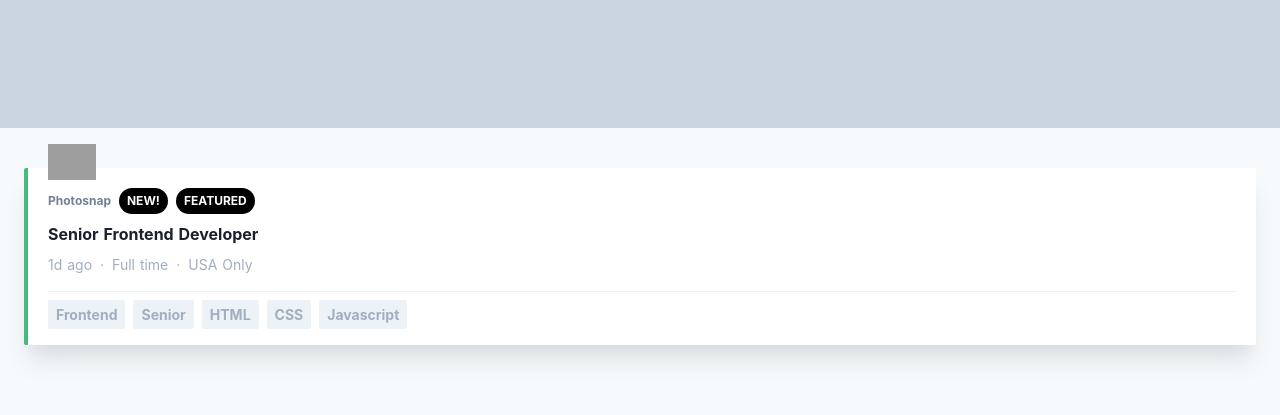
Repository: asongdon/frontendmentor-joblisting
Page: /
These files come from the project's save history. The page is drawn as it stood at one moment and after the next save; the edit follows.
The browser window is 1280 px wide. The pictures show the whole page.
Pictures or frames that could not be fetched are drawn as grey boxes. The project was rebuilt for these pictures with package versions that can differ from the ones it lists, and the page was loaded fresh each time. The framework's server and built-in components were replaced by stand-ins that run in the browser. Also part of the build but not shown: nuxt.config.js.

Above is the page before, as saved 2020-04-12 21:01:42.

After the next save:
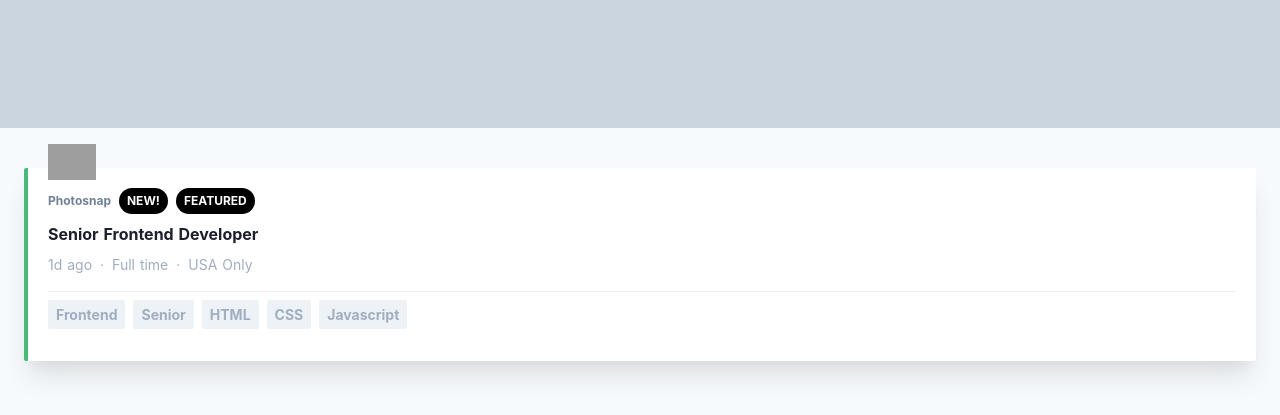
Saved 24 s later.
--- a/components/Maincard.vue
+++ b/components/Maincard.vue
@@ -1,6 +1,6 @@
 <template>
   <div
-    class="flex flex-col flex-no-wrap rounded-sm px-5 border-l-4 border-green-500 bg-white shadow-xl"
+    class="flex flex-col flex-no-wrap rounded-sm px-5 border-l-4 border-green-500 bg-white shadow-xl pb-4"
   >
     <div class="-mt-6 mb-2">
       <img class="w-12" src="~/assets/logos/faceit.svg" alt="" />
